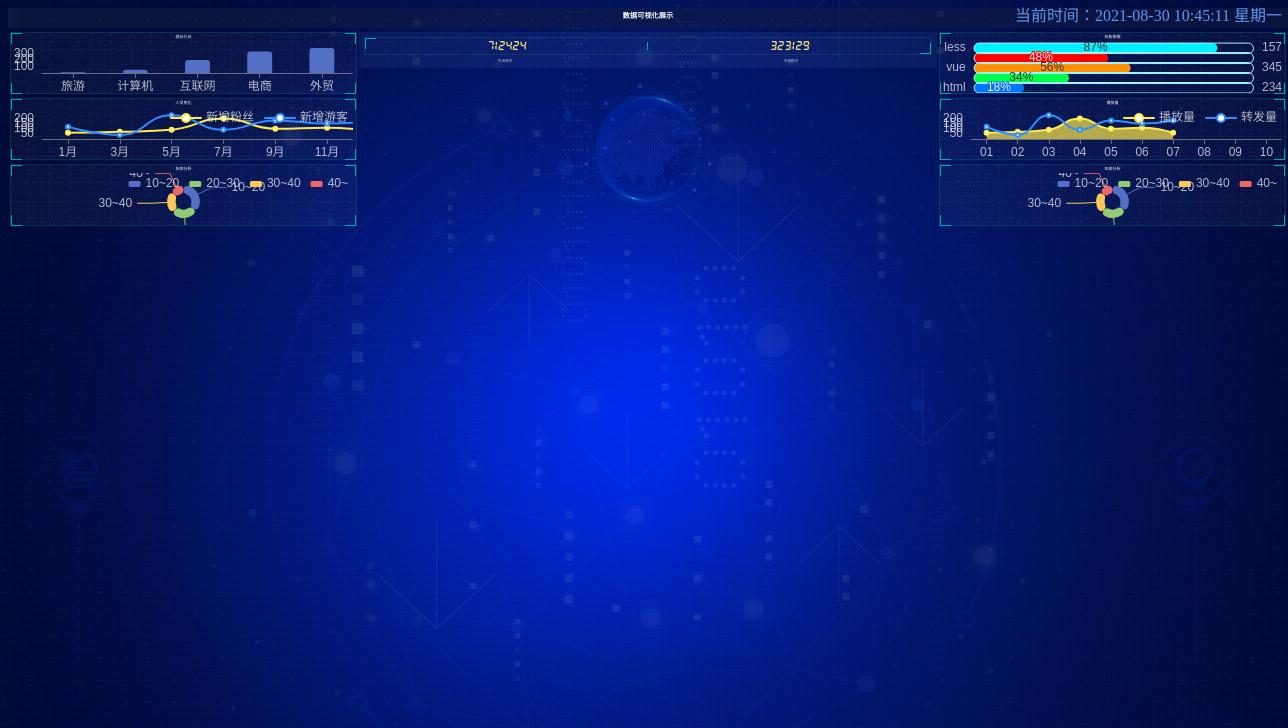
Repository: jiang-1990/DataVM
Page: /#/
The author's editor kept a copy of each file at every save. The page is drawn from the files as they stood at one save, then again after the next save.
The browser window is 1280 px wide. The page is 1288 px wide, so the pictures cover 1288 px, including what lies to the right of the window. The pictures show the whole page.
The project was rebuilt for these pictures with package versions that can differ from the ones it lists, and the page was loaded fresh each time.

Above is the page before, as saved 2021-08-30 10:59:34.

After the next save:
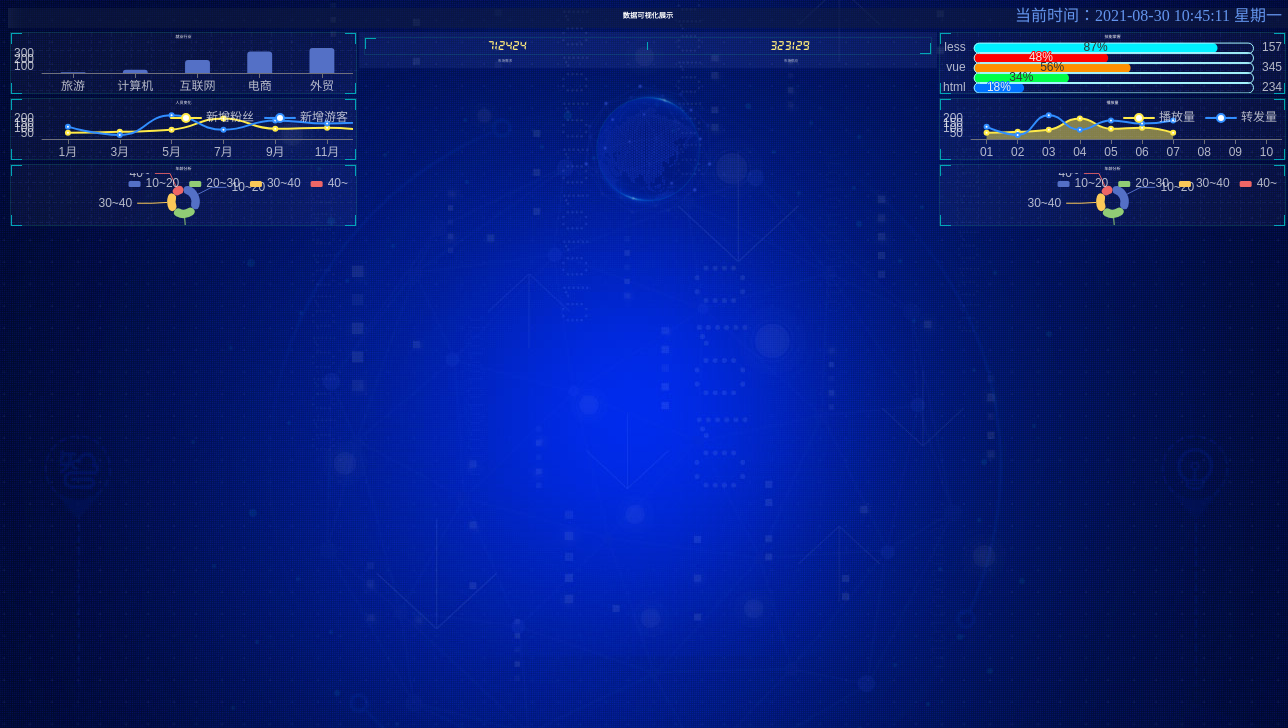
Saved 97 s later.
--- a/src/components/bigScreen.vue
+++ b/src/components/bigScreen.vue
@@ -358,7 +358,9 @@ export default {
                 },
               },
             },
-            areaStyle: {},
+            areaStyle: {
+              opacity: 0.5
+            },
           },
           {
             name: "转发量",
